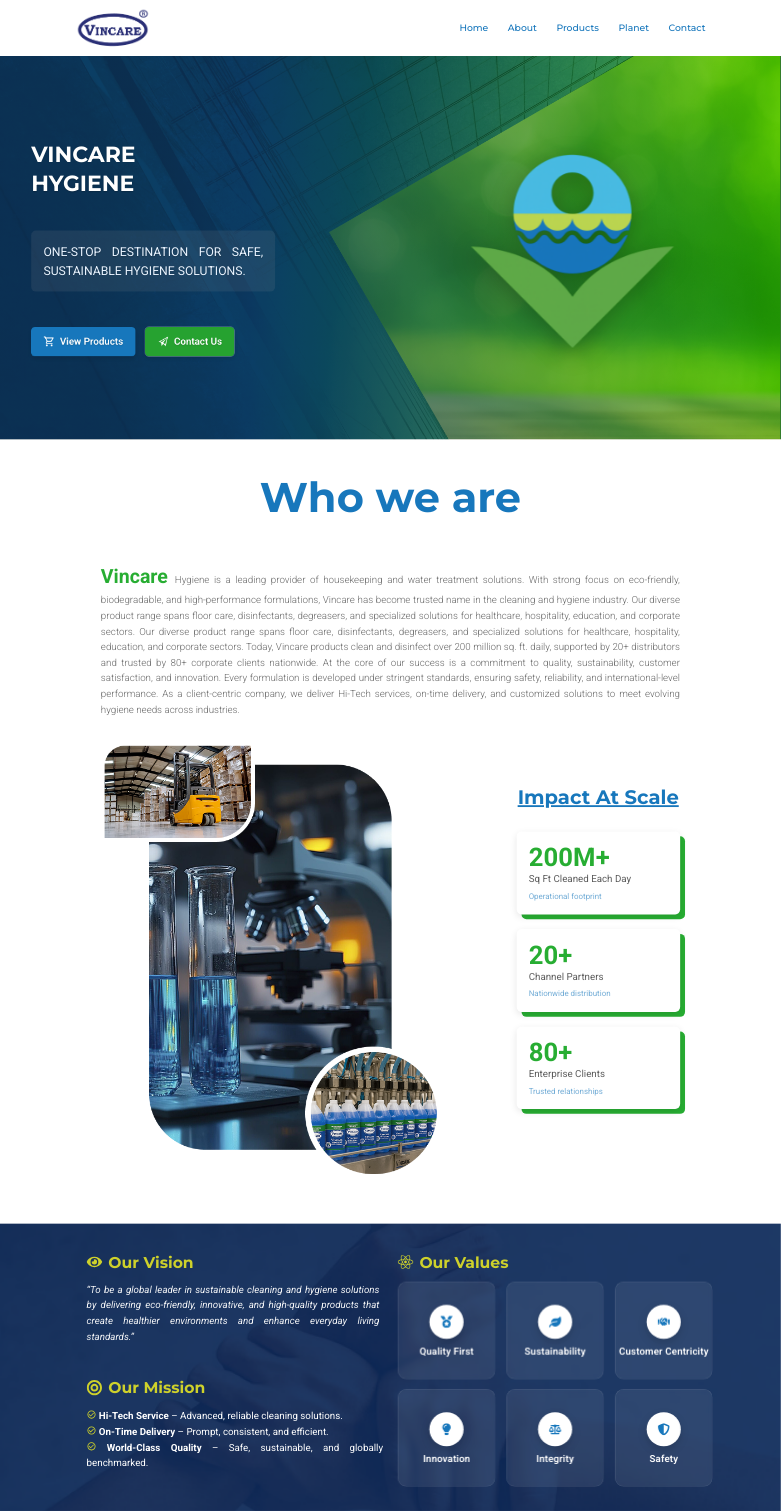
Repository: Yeshwanth-189/vincare
Page: / (app in vincare-frontend/)
The author's editor kept a copy of each file at every save. The page is drawn from the files as they stood at one save, then again after the next save.
The browser window is 1280 px wide. The pictures show the whole page, at 61% of full size.
The project was rebuilt for these pictures with package versions that can differ from the ones it lists, and the page was loaded fresh each time. Also part of the build but not shown: vincare-frontend/vite.config.js.

Above is the page before, as saved 2025-09-20 18:52:18.

### vincare-frontend/index.html
<!DOCTYPE html>
<html lang="en">
  <head>
    <meta charset="UTF-8" />
    <link rel="preconnect" href="https://fonts.googleapis.com" />
    <link rel="preconnect" href="https://fonts.gstatic.com" crossorigin />
    <link rel="icon" type="image/svg+xml" href="/Vincare-Logo.png" />
    <link
      href="https://fonts.googleapis.com/css2?family=Lato:ital,wght@0,100;0,300;0,400;0,700;0,900;1,100;1,300;1,400;1,700;1,900&family=Montserrat:ital,wght@0,100..900;1,100..900&family=Roboto:ital,wght@0,100..900;1,100..900&display=swap"
      rel="stylesheet"
    />
    <meta name="viewport" content="width=device-width, initial-scale=1.0" />
    <title>Vincare Hygiene</title>
  </head>
  <body>
    <div id="root"></div>
    <script type="module" src="/src/main.jsx"></script>
  </body>
</html>

### vincare-frontend/src/App.jsx
import "./App.css";
import Vincare from "./components/Vincare";
import { BrowserRouter as Router, Routes, Route } from "react-router-dom";

function App() {
  return (
    <>
      <Router>
        <Routes>
          <Route path="/" element={<Vincare />} />
        </Routes>
      </Router>
    </>
  );
}

export default App;

### vincare-frontend/src/App.css
:root {
  /* Brand Colors */
  --color-primary: #1777bc; /* Dark Navy Blue */
  --color-secondary: rgb(39, 173, 50); /* Professional Light Blue */

  /* Backgrounds */
  --color-bg: #ffffff;
  --color-bg-light: #f5f5f5;

  /* Neutral Grays */
  --color-gray-dark: #333333;
  --color-gray-mid: #666666;
  --color-gray-light: #f5f5f5;

  /* Status Colors */
  --color-success: #2e7d32;
  --color-warning: #ed6c02;
  --color-error: #d32f2f;

  /* Typography */
  --font-heading: "Montserrat", serif;
  --font-body: "Roboto", sans-serif;

  /* Font Sizes (scalable for responsive design) */
  --text-h1: 2.5rem;
  --text-h2: 2rem;
  --text-h3: 1.5rem;
  --text-body: 1rem;
  --text-small: 0.875rem;

  /* Spacing (consistent padding/margin system) */
  --space-xs: 4px;
  --space-sm: 8px;
  --space-md: 16px;
  --space-lg: 24px;
  --space-xl: 32px;

  /* Border Radius */
  --radius-sm: 4px;
  --radius-md: 8px;
  --radius-lg: 16px;

  /* Shadows */
  --shadow-sm: 0 1px 2px rgba(0, 0, 0, 0.05);
  --shadow-md: 0 4px 6px rgba(0, 0, 0, 0.1);
  --shadow-lg: 0 10px 15px rgba(0, 0, 0, 0.15);
}

html,
body {
  margin: 0;
  padding: 0;
}
* {
  box-sizing: border-box;
}
/* Base Typography */
body {
  font-family: var(--font-body);
  font-size: var(--text-body);
  color: var(--color-gray-dark);
  background-color: var(--color-bg);
  margin: 0;
  padding: 0;
}

h1,
h2,
h3,
h4,
h5,
h6 {
  font-family: var(--font-heading);
  color: var(--color-primary);
  margin: 0 0 var(--space-md);
}

p {
  margin: 0 0 var(--space-md);
  color: var(--color-gray-mid);
}

### vincare-frontend/src/components/Vincare.jsx
import React from "react";
import NavBar from "../components/Navbar";
import Hero from "../components/Hero";
import About from "../components/About";
// import Services from "../components/Services";
// import Projects from "../components/Projects";
// import Courses from "../components/Courses";
// import Blogs from "../components/Blogs";
// import Contact from "../components/Contact";
// import Footer from "../components/Footer";

function Vincare() {
  return (
    <>
      <NavBar />
      <section id="home">
        <Hero />
      </section>
      <section id="about">
        <About />
      </section>
      {/* <section id="services">
        <Services />
      </section>
      <section id="courses">
        <Courses />
      </section>
      <section id="projects">
        <Projects />
      </section>
      <section id="blogs">
        <Blogs />
      </section>
      <section id="contact">
        <Contact />
      </section>
      <Footer /> */}
    </>
  );
}

export default Vincare;

### vincare-frontend/src/components/Navbar.jsx
import React, { useState } from "react";
import { Link as ScrollLink } from "react-scroll";
import "../styles/Navbar.css";
import VincareLogo from "../assets/Vincare-Logo.png";
import VincareWordLogo from "../assets/Vincare-Word-Logo.png";

function Navbar() {
  const [isOpen, setIsOpen] = useState(false);

  return (
    <nav className="navbar">
      <div className="navbar-grid">
        <div className="col-1" />

        <div className="col-2to11 navbar-content">
          <div className="navbar-logo">
            <img
              alt="logo"
              className="navbar-word-logo-image"
              src={VincareWordLogo}
            />
            <div className="hamburger" onClick={() => setIsOpen(!isOpen)}>
              <span className={isOpen ? "bar rotate-top" : "bar"}></span>
              <span className={isOpen ? "bar fade" : "bar"}></span>
              <span className={isOpen ? "bar rotate-bottom" : "bar"}></span>
            </div>
          </div>

          {/* Smooth Scrolling Links */}
          <div className={`navbar-links ${isOpen ? "open" : ""}`}>
            <ScrollLink
              to="home"
              smooth={true}
              duration={700}
              onClick={() => setIsOpen(false)}
            >
              Home
            </ScrollLink>
            <ScrollLink
              to="about"
              smooth={true}
              duration={700}
              onClick={() => setIsOpen(false)}
            >
              About
            </ScrollLink>
            <ScrollLink
              to="services"
              smooth={true}
              duration={700}
              onClick={() => setIsOpen(false)}
            >
              Products
            </ScrollLink>
            <ScrollLink
              to="courses"
              smooth={true}
              duration={700}
              onClick={() => setIsOpen(false)}
            >
              Planet
            </ScrollLink>
            <ScrollLink
              to="contact"
              smooth={true}
              duration={700}
              onClick={() => setIsOpen(false)}
            >
              Contact
            </ScrollLink>
          </div>
        </div>

        <div className="col-12" />
      </div>
    </nav>
  );
}

export default Navbar;

### vincare-frontend/src/components/Hero.jsx
import React from "react";
// eslint-disable-next-line no-unused-vars
import { motion } from "framer-motion";
import "../styles/hero.css";
import HeroBg from "../assets/hero-of-bg.png";
import SideImage from "../assets/Vincare-Logo.png";
import { IoMdPaperPlane } from "react-icons/io";
import { MdOutlineShoppingCart } from "react-icons/md";

/**
 * Props:
 * - title       (string)
 * - subtitle    (string)
 * - text        (string)
 * - primaryCta  ({ label: string, onClick?: fn, href?: string })
 * - secondaryCta({ label: string, onClick?: fn, href?: string })
 * - bgImage     (string) // URL for hero background image
 */
export default function Hero({
  title = "VINCARE",
  subtitle = "HYGIENE",
  text = "ONE-STOP DESTINATION FOR SAFE, SUSTAINABLE HYGIENE SOLUTIONS.",
  primaryCta = { label: "View Products", href: "#" },
  secondaryCta = { label: "Contact Us", href: "#" },
  bgImage = HeroBg,
  sideImage = SideImage,
}) {
  // animation variants
  const container = {
    hidden: { opacity: 0 },
    show: {
      opacity: 1,
      transition: { staggerChildren: 0.12, delayChildren: 0.15 },
    },
  };

  const riseUp = {
    hidden: { opacity: 0, y: 24 },
    show: {
      opacity: 1,
      y: 0,
      transition: { type: "spring", stiffness: 90, damping: 14 },
    },
  };

  const slideIn = {
    hidden: { opacity: 0, x: -24 },
    show: {
      opacity: 1,
      x: 0,
      transition: { type: "spring", stiffness: 90, damping: 16 },
    },
  };

  const fadeIn = {
    hidden: { opacity: 0 },
    show: { opacity: 1, transition: { duration: 0.35 } },
  };

  return (
    <section
      className="hero"
      style={{ ["--hero-bg-image"]: `url(${bgImage})` }}
      aria-label="Intro"
    >
      <div className="hero__inner">
        {/* Column 1 & 12 are gutters by layout rules in CSS */}
        <motion.div
          className="hero__content"
          variants={container}
          initial="hidden"
          animate="show"
        >
          <motion.h1 className="hero__title" variants={riseUp}>
            {title}
          </motion.h1>

          <motion.h1 className="hero__title" variants={fadeIn}>
            {subtitle}
          </motion.h1>

          <motion.p className="hero__text" variants={slideIn}>
            {text}
          </motion.p>

          <motion.div className="hero__actions" variants={fadeIn}>
            {primaryCta?.href ? (
              <a className="btn btn--primary" href={primaryCta.href}>
                <MdOutlineShoppingCart className="btn__icon" />
                {primaryCta.label}
              </a>
            ) : (
              <button
                className="btn btn--primary"
                onClick={primaryCta?.onClick}
              >
                <MdOutlineShoppingCart className="btn__icon" />
                {primaryCta.label}
              </button>
            )}

            {secondaryCta?.href ? (
              <a className="btn btn--ghost" href={secondaryCta.href}>
                <IoMdPaperPlane className="btn__icon" />
                {secondaryCta.label}
              </a>
            ) : (
              <button
                className="btn btn--ghost"
                onClick={secondaryCta?.onClick}
              >
                <IoMdPaperPlane className="btn__icon" />
                {secondaryCta.label}
              </button>
            )}
          </motion.div>
        </motion.div>
        <motion.div className="hero__visual">
          <motion.img
            src={sideImage}
            alt="Illustration"
            className="hero__visual-img"
            initial={{ rotateY: 0 }}
            animate={{ rotateY: 1080 }}
            transition={{ duration: 1.2, ease: "easeOut" }}
          />
        </motion.div>
      </div>
    </section>
  );
}

### vincare-frontend/src/components/About.jsx
/* eslint-disable no-unused-vars */
// src/components/WhoWeAreSection.jsx
import React, { useEffect, useRef, useState } from "react";
// eslint-disable-next-line no-unused-vars
import { motion, useInView } from "framer-motion";
import { FaEye } from "react-icons/fa";
import AboutBg from "../assets/About-bg-bg.png";
import "../styles/About.css";
import {
  FaBullseye,
  FaCogs,
  FaClock,
  FaAward,
  FaLeaf,
  FaHandshake,
  FaLightbulb,
  FaShieldAlt,
  FaMedal,
  FaBalanceScale,
  FaReact,
} from "react-icons/fa";
import { MdCheckCircleOutline } from "react-icons/md";
import BandBg from "../assets/hands.png";

/**
 * WhoWeAreSection
 * - 12‑column grid with 1 & 12 as gutters
 * - Heading centered with float‑up animation
 * - Left (cols 2‑7): Our Story + Vision block (image + text)
 * - Right (cols 8‑11): Three metric cards with 3D pop + count‑up
 *
 * Props (all optional):
 * - visionImg: string (image URL for the Vision block)
 */
export default function WhoWeAreSection({ storyImg = AboutBg }) {
  const rootRef = useRef(null);
  const inView = useInView(rootRef, { once: true, margin: "-80px" });

  // --- Count‑up hook
  const useCountUp = (
    target,
    opts = { duration: 1800, prefix: "", suffix: "" }
  ) => {
    // eslint-disable-next-line no-unused-vars
    const { duration, prefix, suffix } = opts;
    const [value, setValue] = useState(0);
    const started = useRef(false);
    const raf = useRef(0);

    const start = () => {
      if (started.current) return;
      started.current = true;
      const startTs = performance.now();
      const step = (now) => {
        const t = Math.min(1, (now - startTs) / duration);
        const eased = 1 - Math.pow(1 - t, 3); // easeOutCubic
        setValue(Math.floor(eased * target));
        if (t < 1) raf.current = requestAnimationFrame(step);
      };
      raf.current = requestAnimationFrame(step);
    };

    useEffect(() => () => cancelAnimationFrame(raf.current), []);

    return [value, start];
  };

  // Metrics
  const [sqft, startSqft] = useCountUp(200_000_000, { duration: 1800 });
  const [partners, startPartners] = useCountUp(20, { duration: 1200 });
  const [clients, startClients] = useCountUp(80, { duration: 1200 });

  useEffect(() => {
    if (inView) {
      startSqft();
      startPartners();
      startClients();
    }
  }, [inView]);

  // Format helpers
  const formatCompact = (n) => {
    if (n >= 1_000_000_000) return `${Math.round(n / 1_000_000_000)}B`;
    if (n >= 1_000_000) return `${Math.round(n / 1_000_000)}M`;
    if (n >= 1_000) return `${Math.round(n / 1_000)}K`;
    return `${n}`;
  };

  const values = [
    { icon: FaMedal, label: "Quality First" },
    { icon: FaLeaf, label: "Sustainability" },
    { icon: FaHandshake, label: "Customer Centricity" },
    { icon: FaLightbulb, label: "Innovation" },
    { icon: FaBalanceScale, label: "Integrity" },
    { icon: FaShieldAlt, label: "Safety" },
  ];

  return (
    <>
      <section className="who grid-12" ref={rootRef}>
        {/* Centered heading */}
        <motion.h2
          className="who__title"
          initial={{ y: 24, opacity: 0 }}
          animate={inView ? { y: 0, opacity: 1 } : {}}
          transition={{ type: "spring", stiffness: 110, damping: 14 }}
        >
          Who we are
        </motion.h2>

        <motion.p
          className="who__intro"
          initial={{ y: 20, opacity: 0 }}
          whileInView={{ y: 0, opacity: 1 }}
          viewport={{ once: true }}
          transition={{ type: "spring", stiffness: 100, damping: 16 }}
        >
          <span className="who__highlight">Vincare</span> Hygiene is a leading
          provider of housekeeping and water treatment solutions. With strong
          focus on eco-friendly, biodegradable, and high-performance
          formulations, Vincare has become trusted name in the cleaning and
          hygiene industry. Our diverse product range spans floor care,
          disinfectants, degreasers, and specialized solutions for healthcare,
          hospitality, education, and corporate sectors. Our diverse product
          range spans floor care, disinfectants, degreasers, and specialized
          solutions for healthcare, hospitality, education, and corporate
          sectors. Today, Vincare products clean and disinfect over 200 million
          sq. ft. daily, supported by 20+ distributors and trusted by 80+
          corporate clients nationwide. At the core of our success is a
          commitment to quality, sustainability, customer satisfaction, and
          innovation. Every formulation is developed under stringent standards,
          ensuring safety, reliability, and international-level performance. As
          a client-centric company, we deliver Hi-Tech services, on-time
          delivery, and customized solutions to meet evolving hygiene needs
          across industries.
        </motion.p>

        {/* Left column: cols 2-7 */}
        <motion.div
          className="who__left"
          initial={{ y: 28, opacity: 0 }}
          animate={inView ? { y: 0, opacity: 1 } : {}}
          transition={{
            type: "spring",
            stiffness: 90,
            damping: 16,
            delay: 0.05,
          }}
        >
          <div className="who__storyImage">
            <img src={storyImg} alt="Our Story" loading="lazy" />
          </div>
        </motion.div>

        {/* Right column: cols 8-11 */}
        <motion.aside
          className="who__right"
          initial={{ y: 32, opacity: 0 }}
          animate={inView ? { y: 0, opacity: 1 } : {}}
          transition={{
            type: "spring",
            stiffness: 90,
            damping: 16,
            delay: 0.1,
          }}
        >
          <motion.h3
            className="who__right_head"
            initial={{ y: 24, opacity: 0 }}
            animate={inView ? { y: 0, opacity: 1 } : {}}
            transition={{ type: "spring", stiffness: 110, damping: 14 }}
          >
            Impact At Scale
          </motion.h3>
          <MetricCard
            label="sq ft cleaned each day"
            headline={`${formatCompact(sqft)}+`}
            caption="Operational footprint"
          />
          <MetricCard
            label="channel partners"
            headline={`${formatCompact(partners)}+`}
            caption="Nationwide distribution"
          />
          <MetricCard
            label="enterprise clients"
            headline={`${formatCompact(clients)}+`}
            caption="Trusted relationships"
          />
        </motion.aside>
      </section>
      <motion.section
        className="who__band grid-12"
        style={{ "--band-bg": `url(${BandBg})` }}
        initial={{ y: 24, opacity: 0 }}
        whileInView={{ y: 0, opacity: 1 }}
        viewport={{ once: true, amount: 0.2 }}
        transition={{ type: "spring", stiffness: 100, damping: 16 }}
      >
        {/* Left column: 2-6 */}
        <div className="who__bandLeft">
          <h3 className="band__eyeline">
            <FaEye className="band__icon" />
            Our Vision
          </h3>
          <p className="band__para">
            “To be a global leader in sustainable cleaning and hygiene solutions
            by delivering eco-friendly, innovative, and high-quality products
            that create healthier environments and enhance everyday living
            standards.”
          </p>

          <h3 className="band__subhead">
            <FaBullseye className="band__icon" />
            Our Mission
          </h3>
          <div className="band__bullets">
            <div>
              <MdCheckCircleOutline className="band__bulletIcon" />{" "}
              <strong>Hi-Tech Service</strong> – Advanced, reliable cleaning
              solutions.
            </div>
            <div>
              <MdCheckCircleOutline className="band__bulletIcon" />{" "}
              <strong>On-Time Delivery</strong> – Prompt, consistent, and
              efficient.
            </div>
            <div>
              <MdCheckCircleOutline className="band__bulletIcon" />{" "}
              <strong>World-Class Quality</strong> – Safe, sustainable, and
              globally benchmarked.
            </div>
          </div>
        </div>

        {/* Right column: 7-11 */}
        <div className="who__bandRight">
          <h3 className="band__eyeline">
            <FaReact className="band__icon" />
            Our Values
          </h3>
          <div className="band__valuesGrid">
            {values.map(({ icon: Icon, label }) => (
              <div className="valueItem" key={label}>
                <div className="valueIconWrap">
                  <Icon className="valueIcon" />
                </div>
                <span className="valueLabel">{label}</span>
              </div>
            ))}
          </div>
        </div>
      </motion.section>
    </>
  );
}

// Metric card with subtle 3D effect
function MetricCard({ headline, label, caption }) {
  return (
    <motion.div
      className="metric"
      whileHover={{ y: -6, rotateX: 0 }}
      initial={{ rotateX: 12, opacity: 0, y: 12 }}
      whileInView={{ rotateX: 0, opacity: 1, y: 0 }}
      viewport={{ once: true, amount: 0.3 }}
      transition={{ type: "spring", stiffness: 110, damping: 12 }}
    >
      <div className="metric__bg" aria-hidden />
      <div className="metric__inner">
        <div className="metric__value">{headline}</div>
        <div className="metric__label">{label}</div>
        <div className="metric__caption">{caption}</div>
      </div>
    </motion.div>
  );
}

### vincare-frontend/src/styles/Navbar.css
.navbar {
  position: fixed;
  width: 100%;
  background-color: var(--color-bg);
  z-index: 999;
  padding: 1% 0 1%;
}

.navbar-grid {
  display: grid;
  grid-template-columns: repeat(12, 1fr);
  align-items: center;
  max-width: 1400px;
  margin: 0 auto;
  padding: 0 20px;
}

.col-1 {
  grid-column: 1 / 2;
}

.col-2to11 {
  grid-column: 2 / 12;
  display: flex;
  justify-content: space-between;
  align-items: center;
}

.col-12 {
  display: none;
}

/* Left: Logo */
.navbar-logo {
  font-family: "Montserrat", serif;
  font-size: 1.3rem;
  color: var(--color-primary);
  display: flex;
  justify-content: flex-start;
  align-items: flex-start;
  width: 100%;
}

.navbar-logo-image {
  width: 8%;
}
.navbar-word-logo-image {
  width: 20%;
}
.primary {
  color: #0a2540;
}

.secondary {
  color: #51ba31;
}

/* Right: Links */
.navbar-links {
  display: flex;
  gap: 32px;
  font-family: "Montserrat", serif;
  font-size: 0.95rem;
}

.navbar-links a {
  color: var(--color-primary);
  text-decoration: none;
  transition: color 0.3s ease;
  position: relative;
}

.navbar-links a:hover {
  color: var(--color-secondary);
  cursor: pointer;
}

.navbar-links a::after {
  content: "";
  display: block;
  height: 2px;
  width: 0;
  background-color: var(--color-secondary);
  transition: width 0.3s ease;
  position: absolute;
  bottom: -4px;
  left: 0;
}

.navbar-links a:hover::after {
  width: 100%;
}
.hamburger {
  display: none;
  flex-direction: column;
  justify-content: center;
  align-items: flex-end;
  gap: 5px;
  margin-left: auto;
  cursor: pointer;
  z-index: 1000;
}

.bar {
  width: 22px;
  height: 3px;
  background-color: #0a2540;
  transition: all 0.3s ease;
}

.rotate-top {
  transform: rotate(45deg) translateY(8px);
}

.fade {
  opacity: 0;
}

.rotate-bottom {
  transform: rotate(-45deg) translateY(-8px);
}

/* Responsive */
@media screen and (max-width: 768px) {
  .navbar-grid {
    grid-template-columns: 1fr;
  }

  .col-2to11 {
    flex-direction: column;
    gap: 14px;
    grid-column: span 12;
  }

  .navbar-logo {
    font-size: 1.1rem;
  }

  .navbar-logo-image {
    width: 10%;
    padding-top: 3%;
  }

  .navbar-word-logo-image {
    width: 20%;
    padding-top: 3%;
    padding-bottom: 3%;
  }

  .navbar-links {
    flex-direction: column;
    gap: 12px;
  }
  @media screen and (max-width: 768px) {
    .hamburger {
      margin-top: 5%;
      display: flex;
    }
    .navbar {
      top: 0;
      border-bottom: 1px solid #0a2540;
    }

    .navbar-links {
      display: none;
      flex-direction: column;
      gap: 16px;
      margin-top: 1rem;
      width: 100%;
    }

    .navbar-links.open {
      display: flex;
      animation: fadeIn 0.3s ease-in-out;
    }
  }

  @keyframes fadeIn {
    from {
      opacity: 0;
      transform: translateY(-10px);
    }
    to {
      opacity: 1;
      transform: translateY(0);
    }
  }
}

Loaded but not shown: vincare-frontend/src/main.jsx (common file); vincare-frontend/src/index.css (common file); vincare-frontend/src/styles/About.css (396 lines, source omitted); vincare-frontend/src/styles/Hero.css (174 lines, source omitted)

After the next save:
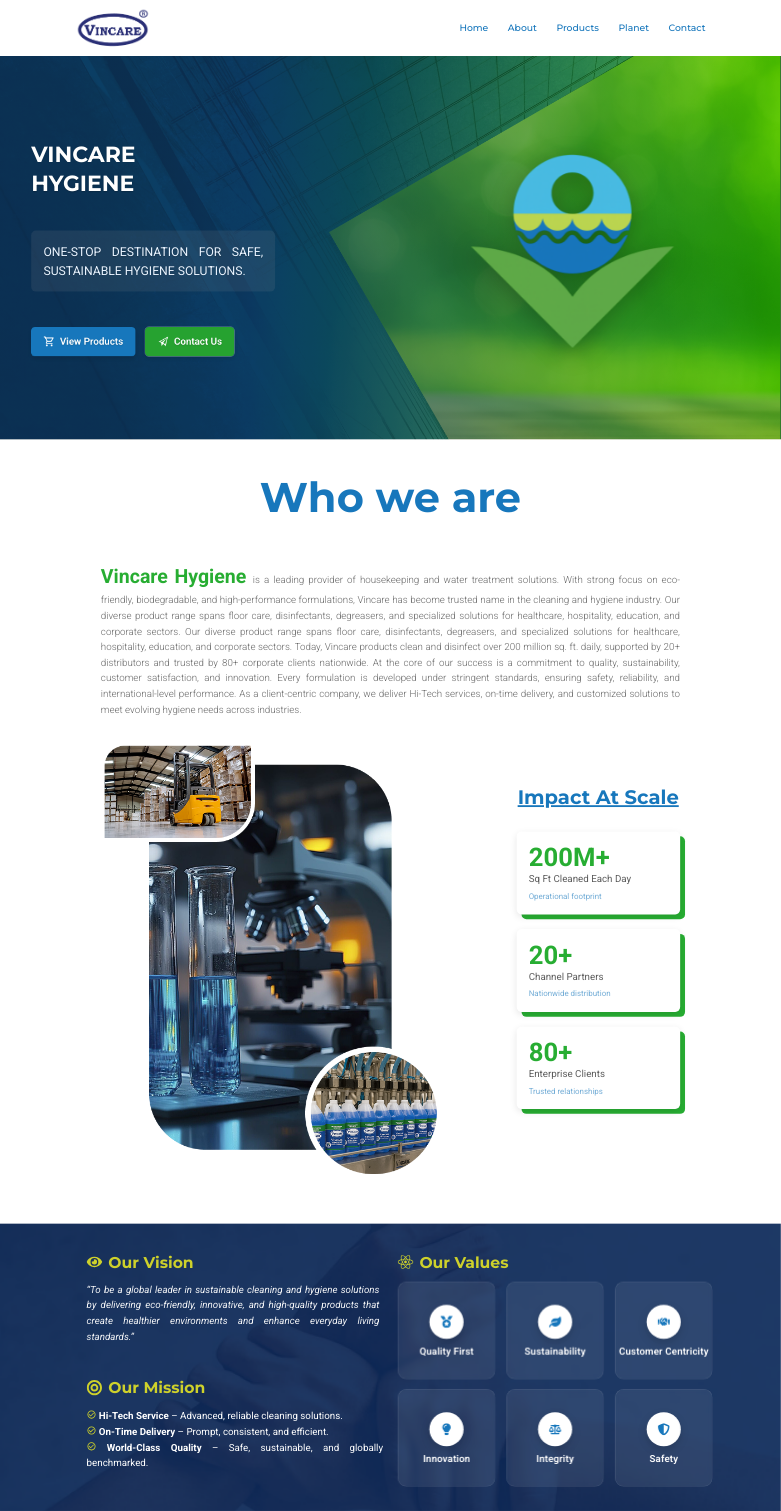
Saved 22 s later.
--- a/vincare-frontend/src/components/About.jsx
+++ b/vincare-frontend/src/components/About.jsx
@@ -115,7 +115,7 @@
           viewport={{ once: true }}
           transition={{ type: "spring", stiffness: 100, damping: 16 }}
         >
-          <span className="who__highlight">Vincare</span> Hygiene is a leading
+          <span className="who__highlight">Vincare Hygiene</span> is a leading
           provider of housekeeping and water treatment solutions. With strong
           focus on eco-friendly, biodegradable, and high-performance
           formulations, Vincare has become trusted name in the cleaning and
